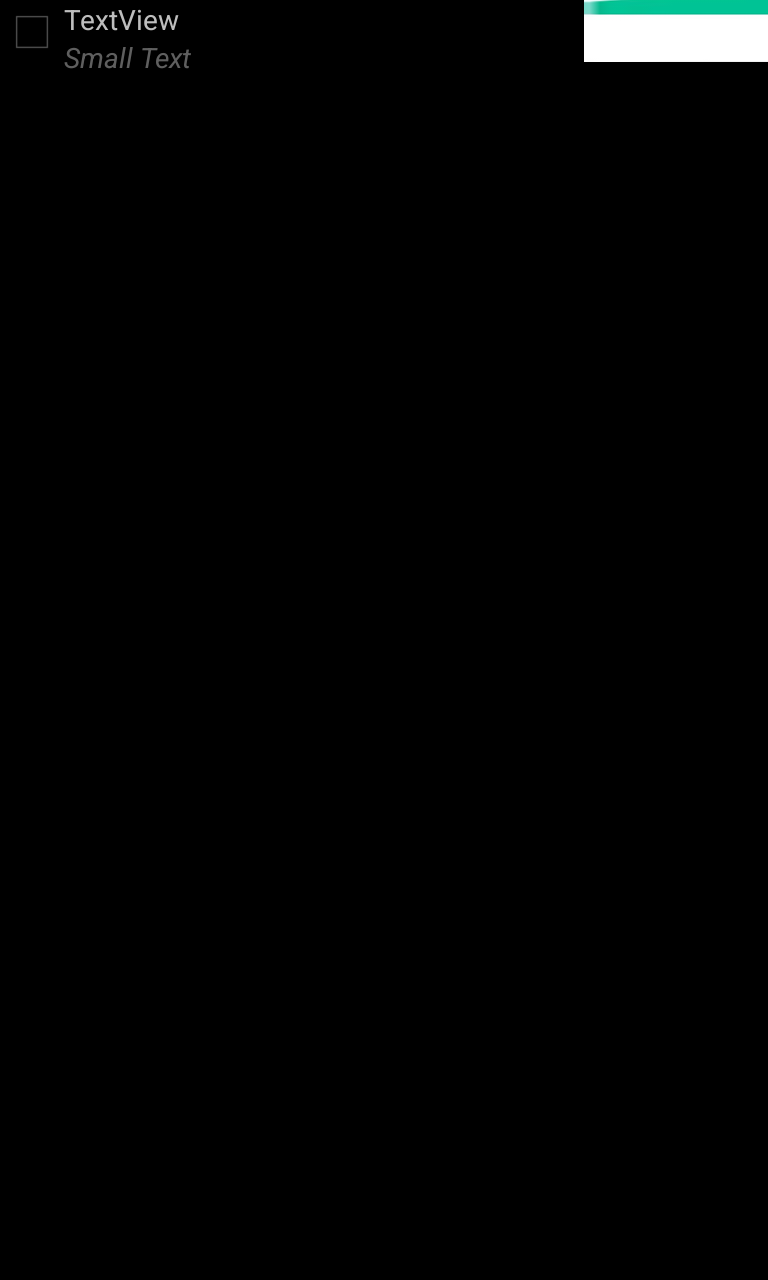
Repository: Damaitan/JTD
Layout: Mobile/res/layout/task_folder_item.xml
The author's editor kept a copy of each file at every save. The layout is drawn from the files as they stood at one save, then again after the next save.
It is drawn on a 768 x 1280 px phone screen (xhdpi) without system bars, with theme android:Theme.Holo; the app's code is not run.

Above is the layout before, as saved 2015-01-09 08:48:39.

After the next save:
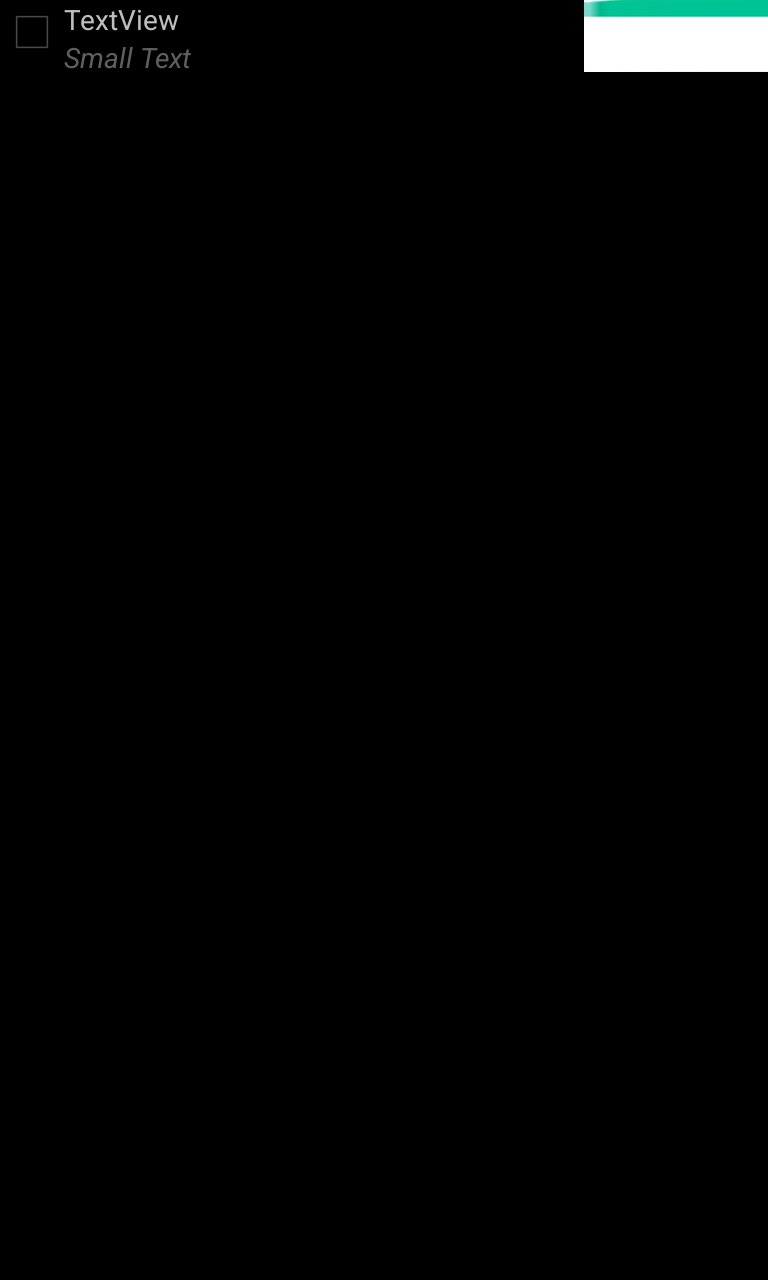
Saved 2 min 16 s later.
--- a/Mobile/res/layout/task_folder_item.xml
+++ b/Mobile/res/layout/task_folder_item.xml
@@ -43,7 +43,7 @@
         android:id="@+id/task_folder_item_btn_date"
         style="?android:attr/buttonStyleSmall"
         android:layout_width="fill_parent"
-        android:layout_height="31dp"
+        android:layout_height="36dp"
         android:layout_column="2"
         android:layout_gravity="right"
         android:layout_row="0"
